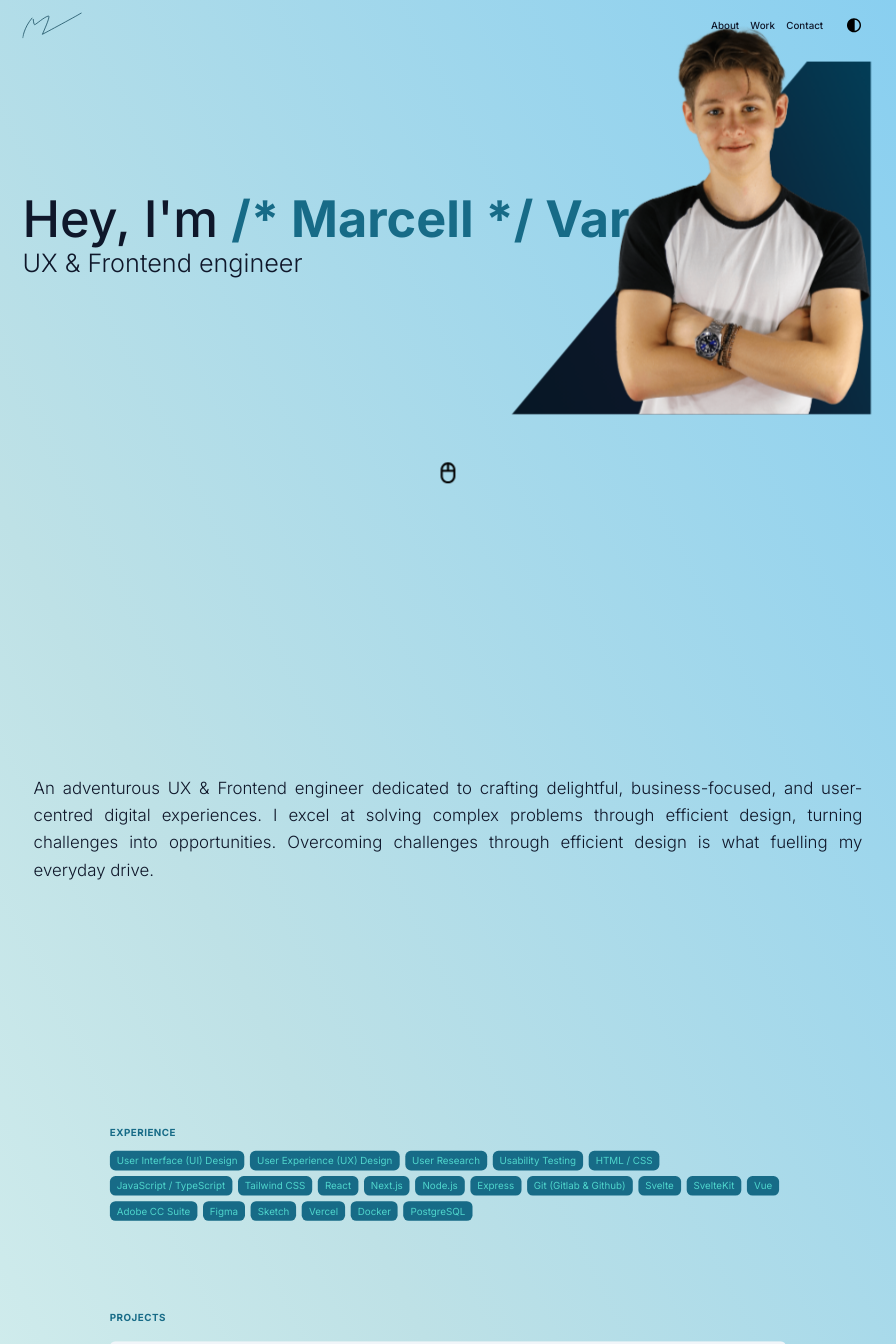
Repository: TheMarcellVarga/personal-portfolio-v.2
Page: /
The author's editor kept a copy of each file at every save. The page is drawn from the files as they stood at one save, then again after the next save.
The browser window is 1280 px wide. The pictures show the part of the page from y = 0 to 1920 px (the page is 4294 px tall), at 70% of full size.
The project was rebuilt for these pictures with package versions that can differ from the ones it lists, and the page was loaded fresh each time. The framework's server and built-in components were replaced by stand-ins that run in the browser. Also part of the build but not shown: next.config.mjs.

Above is the page before, as saved 2024-07-19 00:55:04.

After the next save:
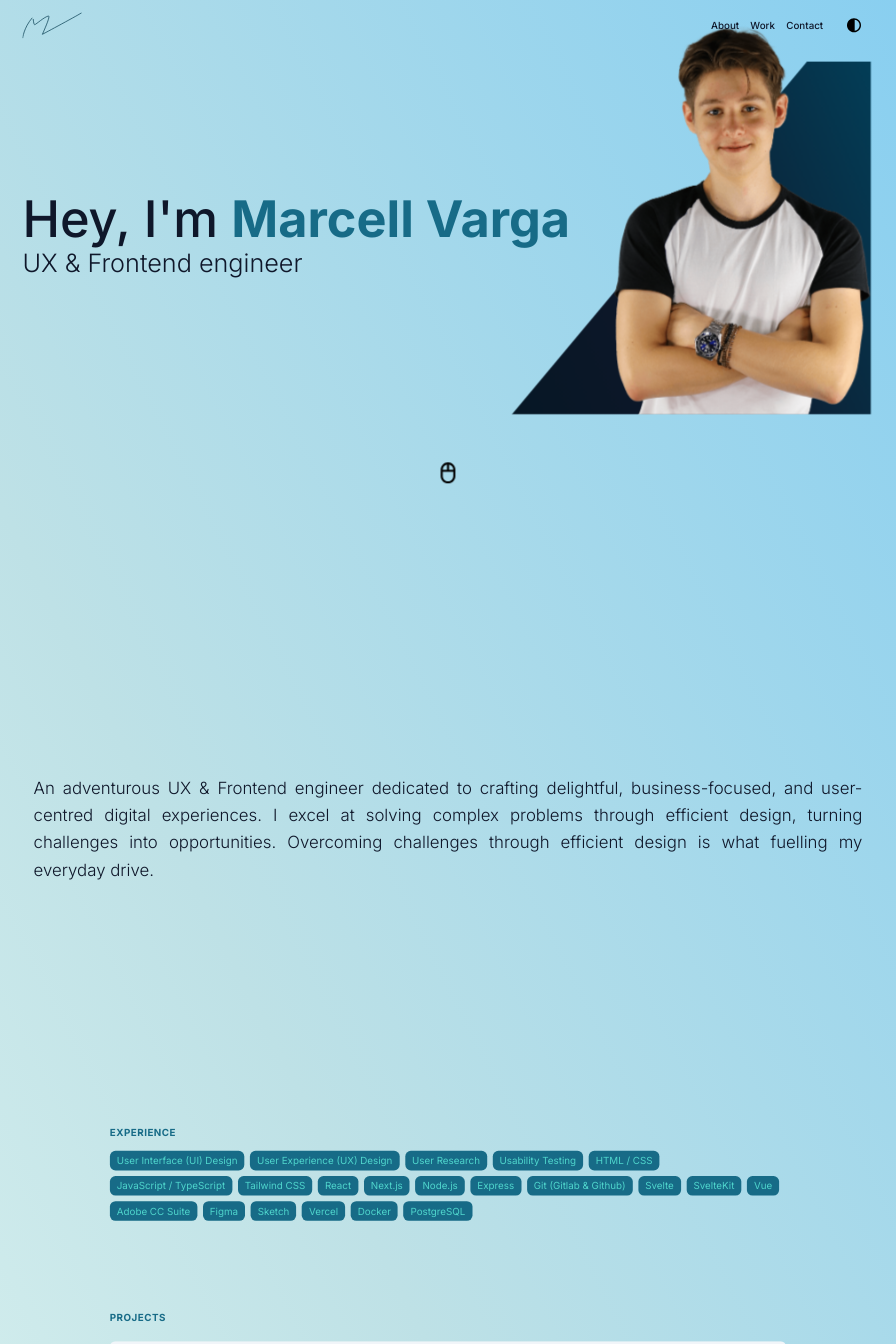
Saved 9 s later.
--- a/app/page.tsx
+++ b/app/page.tsx
@@ -245,7 +245,7 @@ export default function Page() {
           <div className="absolute w-fit z-10">
             <div className="flex flex-row w-full text-7xl font-medium items-center justify-start text-slate-900 dark:text-slate-50 ">
               Hey, I'm&nbsp;
-              <span className="text-custom-blue font-bold">/* Marcell */ Varga</span>
+              <span className="text-custom-blue font-bold">Marcell Varga</span>
             </div>
             <div className="flex w-full text-4xl font-light items-center justify-start my-2 text-slate-900 dark:text-slate-50 ">
               UX & Frontend engineer
